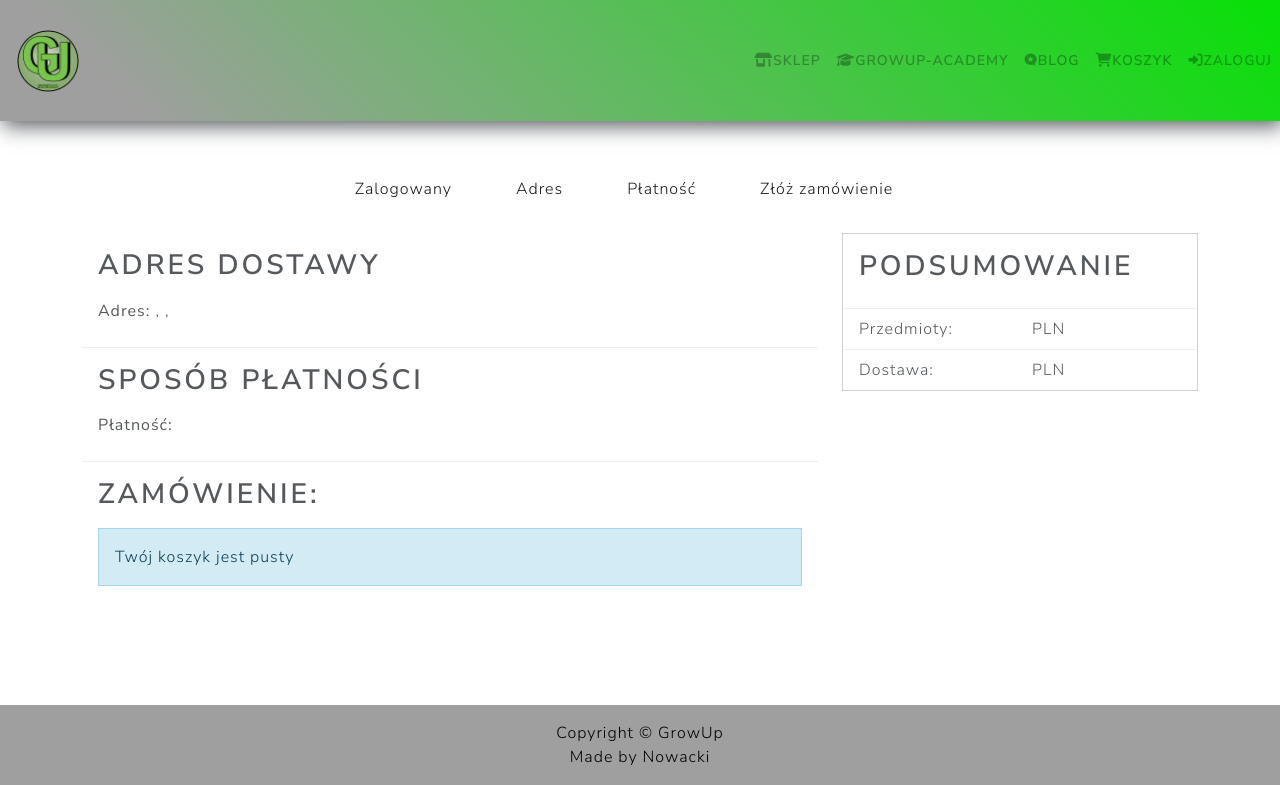
Repository: Nowacki97PL/GrowUpFullStack
Page: /placeorder (app in grow-up-fe/)
The author's editor kept a copy of each file at every save. The page is drawn from the files as they stood at one save, then again after the next save.
The browser window is 1280 px wide. The pictures show the whole page.
The project was rebuilt for these pictures with package versions that can differ from the ones it lists, and the page was loaded fresh each time. Also part of the build but not shown: grow-up-fe/src/components/Rating.js, grow-up-fe/src/components/Product.js, grow-up-fe/src/components/Loader.js, grow-up-fe/src/actions/productActions.js, grow-up-fe/src/screens/ShopScreen.js, grow-up-fe/src/screens/ProductScreen.js, grow-up-fe/src/screens/HomeScreen.js, grow-up-fe/src/actions/cartActions.js and 7 more.

Above is the page before, as saved 2024-02-24 17:58:50.

### grow-up-fe/public/index.html
<!doctype html>
<html lang="pl">
  <head>
    <meta charset="utf-8">
    <meta name="viewport" content="width=device-width, initial-scale=1">
    <link rel="shortcut icon" href="%PUBLIC_URL%/logo.png">
    <link rel="stylesheet" href="https://cdnjs.cloudflare.com/ajax/libs/font-awesome/6.5.1/css/all.min.css" integrity="sha512-DTOQO9RWCH3ppGqcWaEA1BIZOC6xxalwEsw9c2QQeAIftl+Vegovlnee1c9QX4TctnWMn13TZye+giMm8e2LwA==" crossorigin="anonymous" referrerpolicy="no-referrer" />
    <!--
      Notice the use of %PUBLIC_URL% in the tag above.
      It will be replaced with the URL of the `public` folder during the build.
      Only files inside the `public` folder can be referenced from the HTML.

      Unlike "/favicon.ico" or "favicon.ico", "%PUBLIC_URL%/favicon.ico" will
      work correctly both with client-side routing and a non-root public URL.
      Learn how to configure a non-root public URL by running `npm run build`.
    -->
    <title>Grow-Up</title>
  </head>
  <body>
    <div id="root"></div>
    <!--
      This HTML file is a template.
      If you open it directly in the browser, you will see an empty page.

      You can add webfonts, meta tags, or analytics to this file.
      The build step will place the bundled scripts into the <body> tag.

      To begin the development, run `npm start`.
      To create a production bundle, use `npm run build`.
    -->
  </body>
</html>

### grow-up-fe/src/index.js
import React from 'react';
import ReactDOM from 'react-dom/client';
import {Provider} from 'react-redux'
import store from './store'

import App from './App';
import './index.css';
import './bootstrap.css';

const rootElement = document.getElementById('root');

// Użyj createRoot zamiast ReactDOM.render
const root = ReactDOM.createRoot(rootElement);
root.render(
<Provider store={store}>
<App />
</Provider>);

### grow-up-fe/src/store.js
import { createStore, combineReducers, applyMiddleware } from "redux";
import { thunk } from "redux-thunk";
import { composeWithDevTools } from "redux-devtools-extension";
import {
	productListReducers,
	productDetailsReducers,
} from "./reducers/productReducers";
import { cartReducer } from "./reducers/cartReducers";
import { userLoginReducer, userRegisterReducer, userDetailsReducer, userUpdateProfileReducer } from "./reducers/userReducers";

const reducer = combineReducers({
	productList: productListReducers,
	productDetails: productDetailsReducers,
	cart: cartReducer,
	userLogin: userLoginReducer,
	userRegister: userRegisterReducer,
	userDetails: userDetailsReducer,
	userUpdateProfile: userUpdateProfileReducer,
});

const cartItemsFromStorage = localStorage.getItem("cartItems")
	? JSON.parse(localStorage.getItem("cartItems"))
	: [];

const userInfoFromStorage = localStorage.getItem("userInfo")
	? JSON.parse(localStorage.getItem("userInfo"))
	: null;

const shippingAddressFromStorage = localStorage.getItem('shippingAddress') ?
    JSON.parse(localStorage.getItem('shippingAddress')) : {}

	const initialState = {
		cart: {
			cartItems: cartItemsFromStorage,
			shippingAddress: shippingAddressFromStorage,
		},
		userLogin: { userInfo: userInfoFromStorage },
	}

const middleware = [thunk];

const store = createStore(
	reducer,
	initialState,
	composeWithDevTools(applyMiddleware(...middleware))
);

store.subscribe(() => {
	const { cart } = store.getState();
	localStorage.setItem("cartItems", JSON.stringify(cart.cartItems));
});

export default store;

### grow-up-fe/src/App.js
import React from "react";

import { Container } from "react-bootstrap";
import { BrowserRouter as Router, Route, Routes } from "react-router-dom";

import Header from "./components/Header";
import Footer from "./components/Footer";
import ShopScreen from "./screens/ShopScreen";
import ProductScreen from "./screens/ProductScreen";
import HomeScreen from './screens/HomeScreen'
import CartScreen from './screens/CartScreen'
import LoginScreen from './screens/LoginScreen'
import RegisterScreen from './screens/RegisterScreen'
import ProfileScreen from './screens/ProfileScreen'
import ShippingScreen from "./screens/ShippingScreen";
import PaymentScreen from "./screens/PaymentScreen";
import PlaceOrderScreen from "./screens/PlaceOrderScreen";

function App() {
	return (
		<Router>
			<Header />
			<main className="py-5">
				<Container>
					<Routes>
						<Route path="/" element={<HomeScreen />}></Route>
						<Route path="/login" element={<LoginScreen />}></Route>
						<Route path="/register" element={<RegisterScreen />}></Route>
						<Route path="/profile" element={<ProfileScreen />}></Route>
						<Route path="/shipping" element={<ShippingScreen/>}></Route>
						<Route path="/payment" element={<PaymentScreen/>}></Route>
						<Route path="/placeorder" element={<PlaceOrderScreen/>}></Route>
						<Route path="/shop" element={<ShopScreen />}></Route>
						<Route path="/product/:id" element={<ProductScreen />}></Route>
						<Route path="/cart/:id?" element={<CartScreen />}></Route>
					</Routes>
				</Container>
			</main>
			<Footer />
		</Router>
	);
}

export default App;

### grow-up-fe/src/index.css
main {
  min-height: 81.1vh;
  width: 100%;
}


.nav-main {
  width: 100%;
  margin: 0;
}

#Navbar {
  background: linear-gradient(45deg, rgb(160, 159, 159) 10%, rgb(7, 224, 7));
  box-shadow: 3px 5px 20px;
  display: flex;
  justify-content: space-between;
  align-items: center;
}

.navbar-toggler {
  margin-right: 1rem;
}

.img-logo img {
  display: flex;
  height: 3.95rem;
  margin-left: 1rem;
}

#card-title {
  text-decoration: none;
}

h1 {
  font-size: 1.8rem;
  padding: 1rem 0;
}

h2 {
  font-size: 1.4rem;
  padding: 0.5rem 0;
}

h3 {
  padding: 1rem 0;
}

.rating span {
  margin: 0.1rem;
}

#card-border-color {
  border-color: rgb(7, 224, 7);
}

.Footer-main {
  background:  rgb(160, 159, 159);
  width: 100%;
  color: black;
}

### grow-up-fe/src/reducers/productReducers.js
import {
	PRODUCT_LIST_REQUEST,
	PRODUCT_LIST_SUCCESS,
	PRODUCT_LIST_FAIL,
	PRODUCT_DETAILS_REQUEST,
	PRODUCT_DETAILS_SUCCESS,
	PRODUCT_DETAILS_FAIL
} from "../constants/productConstants";

export const productListReducers = (state = { products: [] }, action) => {
	switch (action.type) {
		case PRODUCT_LIST_REQUEST:
			return { loading: true, products: [] };

		case PRODUCT_LIST_SUCCESS:
			return { loading: false, products: action.payload };

		case PRODUCT_LIST_FAIL:
			return { loading: false, error: action.payload };

		default:
			return state;
	}
};


export const productDetailsReducers = (state = { product: {reviews: []} }, action) => {
	switch (action.type) {
		case PRODUCT_DETAILS_REQUEST:
			return { loading: true, ...state };

		case PRODUCT_DETAILS_SUCCESS:
			return { loading: false, product: action.payload };

		case PRODUCT_DETAILS_FAIL:
			return { loading: false, error: action.payload };

		default:
			return state;
	}
};

### grow-up-fe/src/reducers/cartReducers.js
import {
    CART_ADD_ITEM,
    CART_REMOVE_ITEM,
    CART_SAVE_SHIPPING_ADDRESS,

    CART_SAVE_PAYMENT_METHOD,

    CART_CLEAR_ITEMS,
} from '../constants/cartConstans'

export const cartReducer = (state = { cartItems: [] }, action) => {
	switch (action.type) {
		case CART_ADD_ITEM:
			const item = action.payload;
			const existItem = state.cartItems.find((x) => x.product === item.product);

			if (existItem) {
				return {
					...state,
					cartItems: state.cartItems.map((x) =>
						x.product === existItem.product ? item : x
					),
				};
			} else {
				return {
					...state,
					cartItems: [...state.cartItems, item],
				};
			}

		case CART_REMOVE_ITEM:
			return {
				...state,
				cartItems: state.cartItems.filter((x) => x.product !== action.payload),
			};

			case CART_SAVE_SHIPPING_ADDRESS:
				return {
					...state,
					shippingAddress: action.payload
				}

			case CART_SAVE_PAYMENT_METHOD:
				return {
					...state,
					paymentMethod: action.payload
				}

			case CART_CLEAR_ITEMS:
				return {
					...state,
					cartItems: []
				}


		default:
			return state;
	}
};

### grow-up-fe/src/reducers/userReducers.js
import {
	USER_LOGIN_REQUEST,
	USER_LOGIN_SUCCESS,
	USER_LOGIN_FAIL,
	USER_LOGOUT,
	USER_REGISTER_REQUEST,
	USER_REGISTER_SUCCESS,
	USER_REGISTER_FAIL,
	USER_DETAILS_REQUEST,
	USER_DETAILS_SUCCESS,
	USER_DETAILS_FAIL,
	USER_DETAILS_RESET,
	USER_UPDATE_PROFILE_REQUEST,
	USER_UPDATE_PROFILE_SUCCESS,
	USER_UPDATE_PROFILE_FAIL,
	USER_UPDATE_PROFILE_RESET,
} from "../constants/userConstans";

export const userLoginReducer = (state = {}, action) => {
	switch (action.type) {
		case USER_LOGIN_REQUEST:
			return { loading: true };

		case USER_LOGIN_SUCCESS:
			return { loading: false, userInfo: action.payload };

		case USER_LOGIN_FAIL:
			return { loading: false, error: action.payload };

		case USER_LOGOUT:
			return { loading: false };

		default:
			return state;
	}
};

export const userRegisterReducer = (state = {}, action) => {
	switch (action.type) {
		case USER_REGISTER_REQUEST:
			return { loading: true };

		case USER_REGISTER_SUCCESS:
			return { loading: false, userInfo: action.payload };

		case USER_REGISTER_FAIL:
			return { loading: false, error: action.payload };

		case USER_LOGOUT:
			return { loading: false };

		default:
			return state;
	}
};

export const userDetailsReducer = (state = { user: {} }, action) => {
	switch (action.type) {
		case USER_DETAILS_REQUEST:
			return { ...state, loading: true };

		case USER_DETAILS_SUCCESS:
			return { loading: false, user: action.payload };

		case USER_DETAILS_FAIL:
			return { loading: false, error: action.payload };

		case USER_DETAILS_RESET:
			return { user: {} };

		default:
			return state;
	}
};

export const userUpdateProfileReducer = (state = {}, action) => {
	switch (action.type) {
		case USER_UPDATE_PROFILE_REQUEST:
			return { loading: true };

		case USER_UPDATE_PROFILE_SUCCESS:
			return { loading: false, success: true, userInfo: action.payload };

		case USER_UPDATE_PROFILE_FAIL:
			return { loading: false, error: action.payload };

		case USER_UPDATE_PROFILE_RESET:
			return {};

		default:
			return state;
	}
};

### grow-up-fe/src/components/Header.js
import React from "react";
import { useDispatch, useSelector } from "react-redux";
import Nav from "react-bootstrap/Nav";
import Navbar from "react-bootstrap/Navbar";
import { Container, NavDropdown } from "react-bootstrap";
import { LinkContainer } from "react-router-bootstrap";
import { logout } from "../actions/userActions";

function Header() {
	const userLogin = useSelector((state) => state.userLogin);
	const { userInfo } = userLogin;
	const dispatch = useDispatch();

	const logoutHandler = () => {
		dispatch(logout());
	};

	return (
		<header>
			<Navbar expand="md" id="Navbar" collapseOnSelect>

					<LinkContainer to="/">
						<Navbar.Brand className="img-logo">
							<img src="logo.png" alt="logo"></img>
						</Navbar.Brand>
					</LinkContainer>

					<Navbar.Toggle aria-controls="basic-navbar-nav" />
					<Navbar.Collapse id="basic-navbar-nav">
						<Nav className="ms-md-auto">
							<LinkContainer to="/shop">
								<Nav.Link>
									<i className="fa-solid fa-shop"></i>
									Sklep
								</Nav.Link>
							</LinkContainer>

							<LinkContainer to="/growup-academy">
								<Nav.Link>
									<i className="fa-solid fa-graduation-cap"></i>
									GrowUp-Academy
								</Nav.Link>
							</LinkContainer>

							<LinkContainer to="/blog">
								<Nav.Link>
									<i className="fa-brands fa-microblog"></i>
									blog
								</Nav.Link>
							</LinkContainer>

							<LinkContainer to="/cart">
								<Nav.Link>
									<i className="fas fa-shopping-cart"></i>Koszyk
								</Nav.Link>
							</LinkContainer>

							{userInfo ? (
								<NavDropdown title={userInfo.name} id="username">
									<LinkContainer to="/profile">
										<NavDropdown.Item>
											<i className="fas fa-user"></i>Profil
										</NavDropdown.Item>
									</LinkContainer>
									<NavDropdown.Item onClick={logoutHandler}>
										<i className="fa-solid fa-right-from-bracket"></i>
										Wyloguj
									</NavDropdown.Item>
								</NavDropdown>
							) : (
								<LinkContainer to="/login">
									<Nav.Link>
										<i className="fa-solid fa-right-to-bracket"></i>
										Zaloguj
									</Nav.Link>
								</LinkContainer>
							)}
						</Nav>
					</Navbar.Collapse>

			</Navbar>
		</header>
	);
}

export default Header;

### grow-up-fe/src/components/Footer.js
import React from 'react'
import {Container, Row, Col} from 'react-bootstrap'

function Footer() {
  return (
    <footer className='Footer-main'>
      <Container>
        <Row>
          <Col className='text-center py-3'>
          Copyright &copy; GrowUp <br></br>
          Made by Nowacki
          </Col>
        </Row>
      </Container>

    </footer>
  )
}

export default Footer

### grow-up-fe/src/screens/PlaceOrderScreen.js
import React, { useState, useEffect } from "react";
import { Button, Row, Col, ListGroup, Image, Card } from "react-bootstrap";
import { Link } from "react-router-dom";
import { useNavigate } from "react-router-dom";
import { useDispatch, useSelector } from "react-redux";
import Message from "../components/Message";
import CheckoutSteps from "../components/CheckoutSteps";
function PlaceOrderScreen() {
	const cart = useSelector((state) => state.cart);

	return (
		<div>
			<CheckoutSteps step1 step2 step3 step4 />
			<Row>
				<Col md={8}>
					<ListGroup variant="flush">
						<ListGroup.Item>
							<h2>Adres dostawy</h2>

							<p>
								<strong>Adres: </strong>
								{cart.shippingAddress.address}, {cart.shippingAddress.city}
								{"  "}
								{cart.shippingAddress.postalCode},{cart.shippingAddress.country}
							</p>
						</ListGroup.Item>

						<ListGroup.Item>
							<h2>Sposób płatności</h2>

							<p>
								<strong>Płatność: </strong>
								{cart.paymentMethod}
							</p>
						</ListGroup.Item>

						<ListGroup.Item>
							<h2>Zamówienie:</h2>
                            {cart.cartItems.length === 0 ? <Message variant='info'>
                                Twój koszyk jest pusty
                            </Message> : (
                                <ListGroup variant="flush">
                                    {cart.cartItems.map((item, index) =>(
                                        <ListGroup.Item key={index}>
                                            <Row>
                                                <Col md={3}>
                                                    <Image src={item.image} alt={item.name} fluid rounded/>
                                                </Col>
                                                <Col>
                                                    <Link to={`/product/${item.product}`}>{item.name}</Link>
                                                </Col>
                                                <Col md={4}>
                                                    {item.qty} x {item.price} = {(item.qty * item.price).toFixed(2)} PLN
                                                </Col>
                                            </Row>
                                        </ListGroup.Item>
                                    ))}
                                </ListGroup>
                            )}
						</ListGroup.Item>
					</ListGroup>
				</Col>

				<Col md={4}>
                    <Card>
                        <ListGroup variant="flush">
                            <ListGroup.Item>
                                        <h2>Podsumowanie</h2>
                            </ListGroup.Item>

                            <ListGroup.Item>
                                <Row>
                                    <Col>Przedmioty:</Col>
                                    <Col>{cart.cartItems.price} PLN</Col>
                                </Row>
                            </ListGroup.Item>

                            <ListGroup.Item>
                                <Row>
                                    <Col>Dostawa:</Col>
                                    <Col>{cart.shippingPrice} PLN</Col>
                                </Row>
                            </ListGroup.Item>
                        </ListGroup>
                    </Card>
                </Col>
			</Row>
		</div>
	);
}

export default PlaceOrderScreen;

### grow-up-fe/src/constants/productConstants.js
export const PRODUCT_LIST_REQUEST = 'PRODUCT_LIST_REQUEST'
export const PRODUCT_LIST_SUCCESS = 'PRODUCT_LIST_SUCCESS'
export const PRODUCT_LIST_FAIL = 'PRODUCT_LIST_FAIL'


export const PRODUCT_DETAILS_REQUEST = 'PRODUCT_DETAILS_REQUEST'
export const PRODUCT_DETAILS_SUCCESS = 'PRODUCT_DETAILS_SUCCESS'
export const PRODUCT_DETAILS_FAIL = 'PRODUCT_DETAILS_FAIL'

### grow-up-fe/src/constants/userConstans.js
export const USER_LOGIN_REQUEST = "USER_LOGIN_REQUEST";
export const USER_LOGIN_SUCCESS = "USER_LOGIN_SUCCESS";
export const USER_LOGIN_FAIL = "USER_LOGIN_FAIL";

export const USER_LOGOUT = "USER_LOGIN_REQUEST";

export const USER_REGISTER_REQUEST = "USER_REGISTER_REQUEST";
export const USER_REGISTER_SUCCESS = "USER_REGISTER_SUCCESS";
export const USER_REGISTER_FAIL = "USER_REGISTER_FAIL";

export const USER_DETAILS_REQUEST = "USER_DETAILS_REQUEST";
export const USER_DETAILS_SUCCESS = "USER_DETAILS_SUCCESS";
export const USER_DETAILS_FAIL = "USER_DETAILS_FAIL";
export const USER_DETAILS_RESET = "USER_DETAILS_RESET";

export const USER_UPDATE_PROFILE_REQUEST = "USER_UPDATE_PROFILE_REQUEST";
export const USER_UPDATE_PROFILE_SUCCESS = "USER_UPDATE_PROFILE_SUCCESS";
export const USER_UPDATE_PROFILE_FAIL = "USER_UPDATE_PROFILE_FAIL";
export const USER_UPDATE_PROFILE_RESET = "USER_UPDATE_PROFILE_RESET";

export const USER_LIST_REQUEST = "USER_LIST_REQUEST";
export const USER_LIST_SUCCESS = "USER_LIST_SUCCESS";
export const USER_LIST_FAIL = "USER_LIST_FAIL";
export const USER_LIST_RESET = "USER_LIST_RESET";

export const USER_DELETE_REQUEST = "USER_DELETE_REQUEST";
export const USER_DELETE_SUCCESS = "USER_DELETE_SUCCESS";
export const USER_DELETE_FAIL = "USER_DELETE_FAIL";

export const USER_UPDATE_REQUEST = "USER_UPDATE_REQUEST";
export const USER_UPDATE_SUCCESS = "USER_UPDATE_SUCCESS";
export const USER_UPDATE_FAIL = "USER_UPDATE_FAIL";
export const USER_UPDATE_RESET = "USER_UPDATE_RESET";

### grow-up-fe/src/actions/userActions.js
import {
	USER_LOGIN_REQUEST,
	USER_LOGIN_SUCCESS,
	USER_LOGIN_FAIL,
	USER_LOGOUT,
	USER_REGISTER_REQUEST,
	USER_REGISTER_SUCCESS,
	USER_REGISTER_FAIL,
	USER_DETAILS_REQUEST,
	USER_DETAILS_SUCCESS,
	USER_DETAILS_FAIL,
	USER_DETAILS_RESET,
	USER_UPDATE_PROFILE_REQUEST,
	USER_UPDATE_PROFILE_SUCCESS,
	USER_UPDATE_PROFILE_FAIL,
	USER_UPDATE_PROFILE_RESET,
} from "../constants/userConstans";
import axios from "axios";

export const login = (email, password) => async (dispatch) => {
	try {
		dispatch({
			type: USER_LOGIN_REQUEST,
		});

		const config = {
			headers: {
				"Content-type": "application/json",
			},
		};

		const { data } = await axios.post(
			"/api/users/login/",
			{ username: email, password: password },
			config
		);

		dispatch({
			type: USER_LOGIN_SUCCESS,
			payload: data,
		});

		localStorage.setItem("userInfo", JSON.stringify(data));
	} catch (error) {
		dispatch({
			type: USER_LOGIN_FAIL,
			payload:
				error.response && error.response.data.detail
					? error.response.data.detail
					: error.massage,
		});
	}
};

export const logout = () => {
	return (dispatch) => {
		localStorage.removeItem("userInfo");
		dispatch({ type: USER_LOGOUT });
		dispatch({ type: USER_DETAILS_RESET });
	};
};

export const register = (name, email, password) => async (dispatch) => {
	try {
		dispatch({
			type: USER_REGISTER_REQUEST,
		});

		const config = {
			headers: {
				"Content-type": "application/json",
			},
		};

		const { data } = await axios.post(
			"/api/users/register/",
			{ name: name, email: email, password: password },
			config
		);

		dispatch({
			type: USER_REGISTER_SUCCESS,
			payload: data,
		});

		dispatch({
			type: USER_LOGIN_SUCCESS,
			payload: data,
		});

		localStorage.setItem("userInfo", JSON.stringify(data));
	} catch (error) {
		dispatch({
			type: USER_REGISTER_FAIL,
			payload:
				error.response && error.response.data
					? error.response.data[0]
					: error.massage,
		});
	}
};

export const getUserDetails = (id) => async (dispatch, getState) => {
	try {
		dispatch({
			type: USER_DETAILS_REQUEST,
		});

		const {
			userLogin: { userInfo },
		} = getState();

		const config = {
			headers: {
				"Content-type": "application/json",
				Authorization: `Bearer ${userInfo.token}`,
			},
		};

		const { data } = await axios.get(`/api/users/${id}/`, config);

		dispatch({
			type: USER_DETAILS_SUCCESS,
			payload: data,
		});
	} catch (error) {
		dispatch({
			type: USER_DETAILS_FAIL,
			payload:
				error.response && error.response.data.detail
					? error.response.data.detail
					: error.message,
		});
	}
};

export const updateUserProfile = (user) => async (dispatch, getState) => {
	try {
		dispatch({
			type: USER_UPDATE_PROFILE_REQUEST,
		});

		const {
			userLogin: { userInfo },
		} = getState();

		const config = {
			headers: {
				"Content-type": "application/json",
				Authorization: `Bearer ${userInfo.token}`,
			},
		};

		const { data } = await axios.put(
			`/api/users/profile/update/`,
			user,
			config
		);

		dispatch({
			type: USER_UPDATE_PROFILE_SUCCESS,
			payload: data,
		});

		dispatch({
			type: USER_LOGIN_SUCCESS,
			payload: data,
		});

		localStorage.setItem("userInfo", JSON.stringify(data));
	} catch (error) {
		dispatch({
			type: USER_UPDATE_PROFILE_FAIL,
			payload:
				error.response && error.response.data.detail
					? error.response.data.detail
					: error.message,
		});
	}
};

### grow-up-fe/src/components/Message.js
import React from 'react'
import {Alert} from 'react-bootstrap'

function Message({variant, children}) {
  return (
    <Alert variant={variant}>
      {children}
    </Alert>
  )
}

export default Message

### grow-up-fe/src/components/CheckoutSteps.js
import React from "react";
import { Nav } from "react-bootstrap";
import { LinkContainer } from "react-router-bootstrap";

function CheckoutSteps({ step1, step2, step3, step4 }) {
	return (
		<Nav className="justify-content-center mb-4">
			<Nav.Item>
				{step1 ? (
					<LinkContainer to="/login">
						<Nav.Link>Zalogowany</Nav.Link>
					</LinkContainer>
				) : (
					<Nav.Link disabled>Zalogowany</Nav.Link>
				)}
			</Nav.Item>

			<Nav.Item>
				{step2 ? (
					<LinkContainer to="/shipping">
						<Nav.Link>Adres</Nav.Link>
					</LinkContainer>
				) : (
					<Nav.Link disabled>Adres</Nav.Link>
				)}
			</Nav.Item>

			<Nav.Item>
				{step3 ? (
					<LinkContainer to="/payment">
						<Nav.Link>Płatność</Nav.Link>
					</LinkContainer>
				) : (
					<Nav.Link disabled>Płatność</Nav.Link>
				)}
			</Nav.Item>

			<Nav.Item>
				{step4 ? (
					<LinkContainer to="/placeorder">
						<Nav.Link>Złóż zamówienie</Nav.Link>
					</LinkContainer>
				) : (
					<Nav.Link disabled>Potwierdzenie</Nav.Link>
				)}
			</Nav.Item>
		</Nav>
	);
}

export default CheckoutSteps;

Loaded but not shown: grow-up-fe/src/bootstrap.css (library); grow-up-fe/src/constants/cartConstans.js (common file)

After the next save:
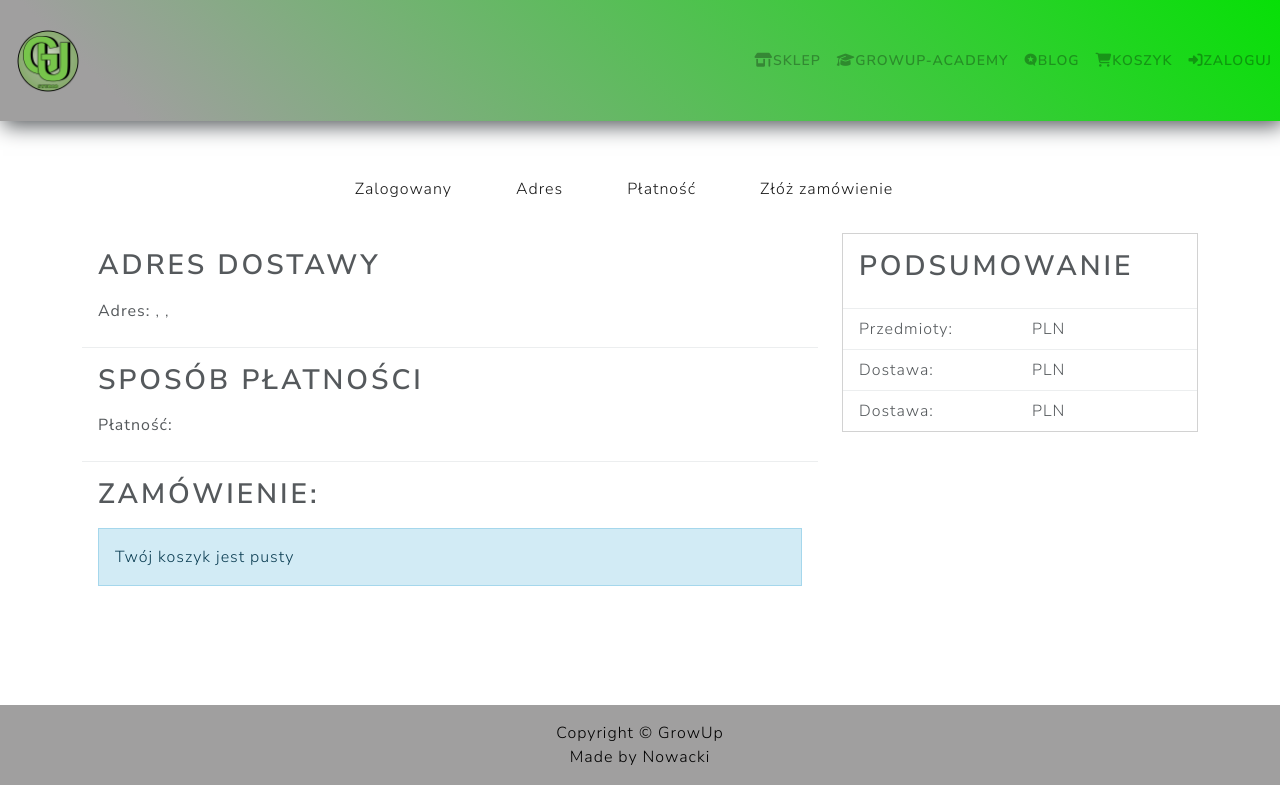
Saved 16 s later.
--- a/grow-up-fe/src/screens/PlaceOrderScreen.js
+++ b/grow-up-fe/src/screens/PlaceOrderScreen.js
@@ -81,6 +81,13 @@ function PlaceOrderScreen() {
                                     <Col>{cart.shippingPrice} PLN</Col>
                                 </Row>
                             </ListGroup.Item>
+
+                            <ListGroup.Item>
+                                <Row>
+                                    <Col>Dostawa:</Col>
+                                    <Col>{cart.shippingPrice} PLN</Col>
+                                </Row>
+                            </ListGroup.Item>
                         </ListGroup>
                     </Card>
                 </Col>
